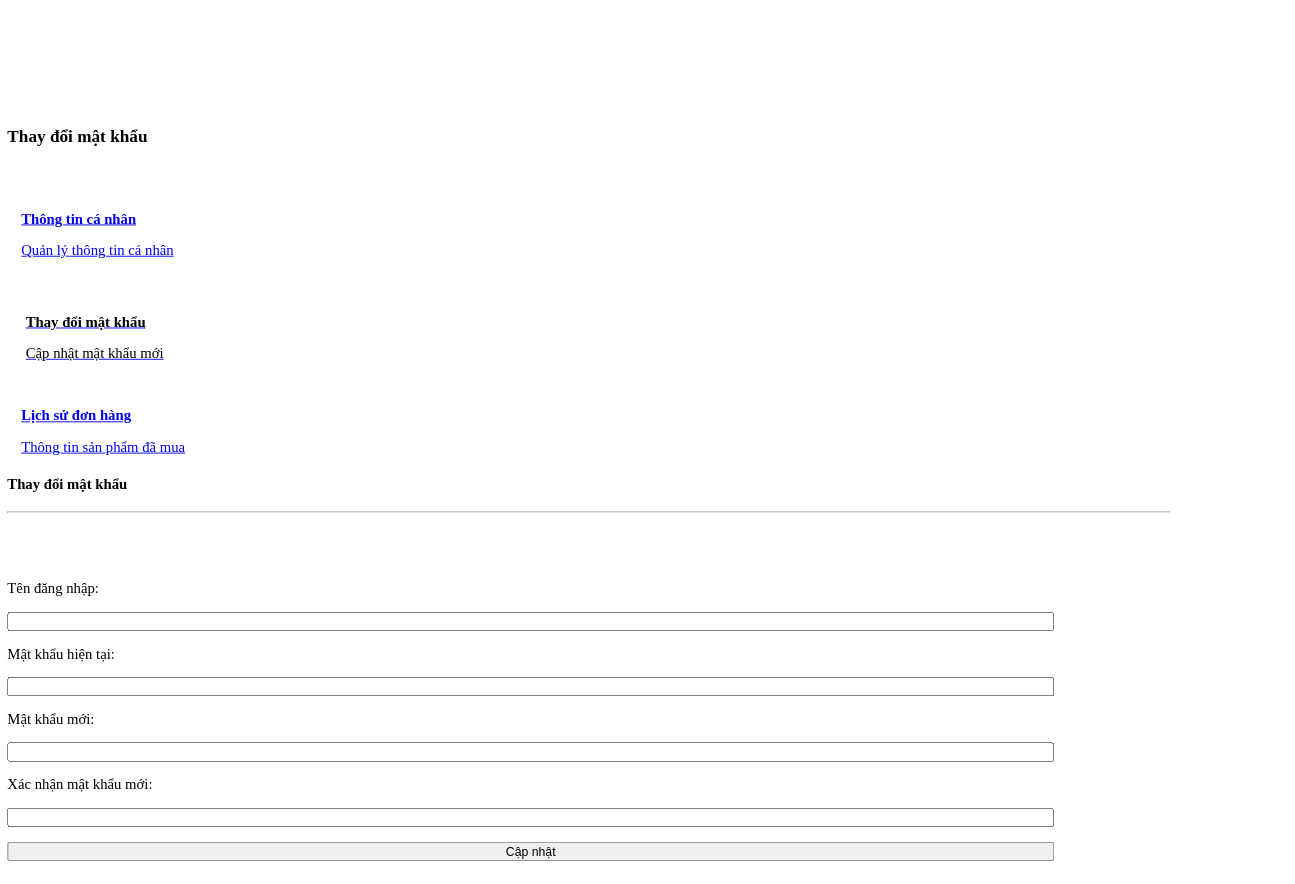
Repository: nguyengiabao245/NHOM3_C2
Page: http://localhost/DoAnJava/WEB-INF/views/account/change.jsp
These files come from the project's save history. The page is drawn as it stood at one moment and after the next save; the edit follows.
The browser window is 1280 px wide. The page is 1408 px wide, so the pictures cover 1408 px, including what lies to the right of the window. The pictures show the whole page, at 92% of full size.
The page is served by Tomcat 9. Nobody is signed in. Other server files are loaded and not shown. The template is opened directly, without the code that normally fills it, so the values that code supplies are empty.

Above is the page before, as saved 2022-05-16 06:05:26.

### DoAnJava/src/main/webapp/WEB-INF/views/account/change.jsp
<%@ page pageEncoding="utf-8"%>
<%@ taglib uri="http://www.springframework.org/tags/form" prefix="form"%>
<%@ taglib uri="http://www.springframework.org/tags" prefix="s"%>


<div class="container" style="margin-bottom: 25px;margin-top: 100px">
	<br>


	<h3 class="title" style="font-weight: 700">Thay đổi mật khẩu</h3>
	<br>


	<div class="row">
		<div class="col-sm-4">

			<li class="nav-item2 " style="list-style-type: none;">
				<a class="nav-link collapsed" href="/account/edit" data-toggle="collapse" id="i">
					<div class="row">
						<div class="col-sm-2">
							<i class="fas fa-info-circle" style="font-size: 30px; padding: 12px 5px; color: black;"></i>
						</div>
						<div class="col-sm-10" style="padding: 0px 15px;">
							<span>
								<b>Thông tin cá nhân</b>
								<p>Quản lý thông tin cá nhân</p>
							</span>
						</div>
					</div>
				</a>
			</li>
			<div class="quan-li-thong-tin">
				<li class="nav-item2 active" style="list-style-type: none;">
					<a class="nav-link collapsed" href="/account/change" data-toggle="collapse" data-target="#collapseNews" aria-expanded="true" aria-controls="collapseNews">
						<div class="row">
							<div class="col-sm-2">
								<i class="fas fa-key" style="font-size: 30px; padding: 12px 5px; color: rgb(255, 208, 0);"></i>
							</div>
							<div class="col-sm-10" style="padding: 0px 15px;">
								<span>
								<b>Thay đổi mật khẩu</b>
									<p>Cập nhật mật khẩu mới</p>
								</span>
							</div>
						</div>
					</a>
				</li>
			</div>
			<li class="nav-item2" style="list-style-type: none;">
				<a class="nav-link collapsed" href="/order/list" data-target="#collapseTwo" aria-expanded="true" aria-controls="collapseTwo">
					<div class="row">
						<div class="col-sm-2">
							<i class="fas fa-shopping-cart" style="font-size: 30px; padding: 12px 5px; color: brown;"></i>
						</div>
						<div class="col-sm-10" style="padding: 0px 15px;">
							<span>
							<b>Lịch sử đơn hàng</b>
								<p>Thông tin sản phẩm đã mua</p>
							</span>
						</div>
					</div>
			</a></li>

		</div>

		<div class="col-sm-8">
			<div class="ct1">
				<div>
					<h4 style="font-weight: 600">Thay đổi mật khẩu</h4>
					<hr>
					<h4 class="label label-success">${message}</h4>
					<form:form action="/account/change" method="post" modelAttribute="form" enctype="multipart/form-data">
						<br>
						<br/>
						<div class="row">
							<div class="col-sm-4">
								<p>Tên đăng nhập:</p>
							</div>
							<div class="col-sm-8">
								<p>
									<form:input style="width: 90%;" path="id" class="form-control" readonly="true" />
								</p>
							</div>
						</div>
						<div class="row">
							<div class="col-sm-4">
								<p>Mật khẩu hiện tại:</p>
							</div>
							<div class="col-sm-8">
								<p>
									<input name="pw" type="password" class="form-control" style="width: 90%;" required="required" pattern=".{6,}" title="Mật khẩu phải từ 6 ký tự trở lên"/>
								</p>
							</div>
						</div>
						<div class="row">
							<div class="col-sm-4">
								<p>Mật khẩu mới:</p>
							</div>
							<div class="col-sm-8">
								<p>
									<input name="pw1" type="password" class="form-control" style="width: 90%;" required="required" pattern=".{6,}" title="Mật khâu phải từ 6 ký tự trở lên"/>
								</p>
							</div>
						</div>
						<div class="row">
							<div class="col-sm-4">
								<p>Xác nhận mật khẩu mới:</p>
							</div>
							<div class="col-sm-8">
								<p>
									<input name="pw2" type="password" class="form-control" style="width: 90%;" required="required" pattern=".{6,}" title="Mật khẩu phải từ 6 ký tự trở lên"/>
								</p>
							</div>
						</div>
						<div class="row">
							<div class="col-sm-4"></div>
							<div class="col-sm-8">
								<button class="btn btn-success" style="width: 90%;">Cập nhật</button>
							</div>
						</div>
					</form:form>
				</div>
			</div>
		</div>
	</div>
</div>
<style>
.dang-nhap {
	background-color: white;
	padding: 30px 120px;
	margin: 0 auto;
	width: 60%;
}

.quan-li-thong-tin .active {
	background-color: white;
	width: 110%;
	padding: 10px 5px 0px;
	border-radius: 5px;
}

.gach {
	background-color: blue;
	width: 100px;
}

.quan-li-thong-tin .active span {
	color: black;
}
</style>

After the next save:
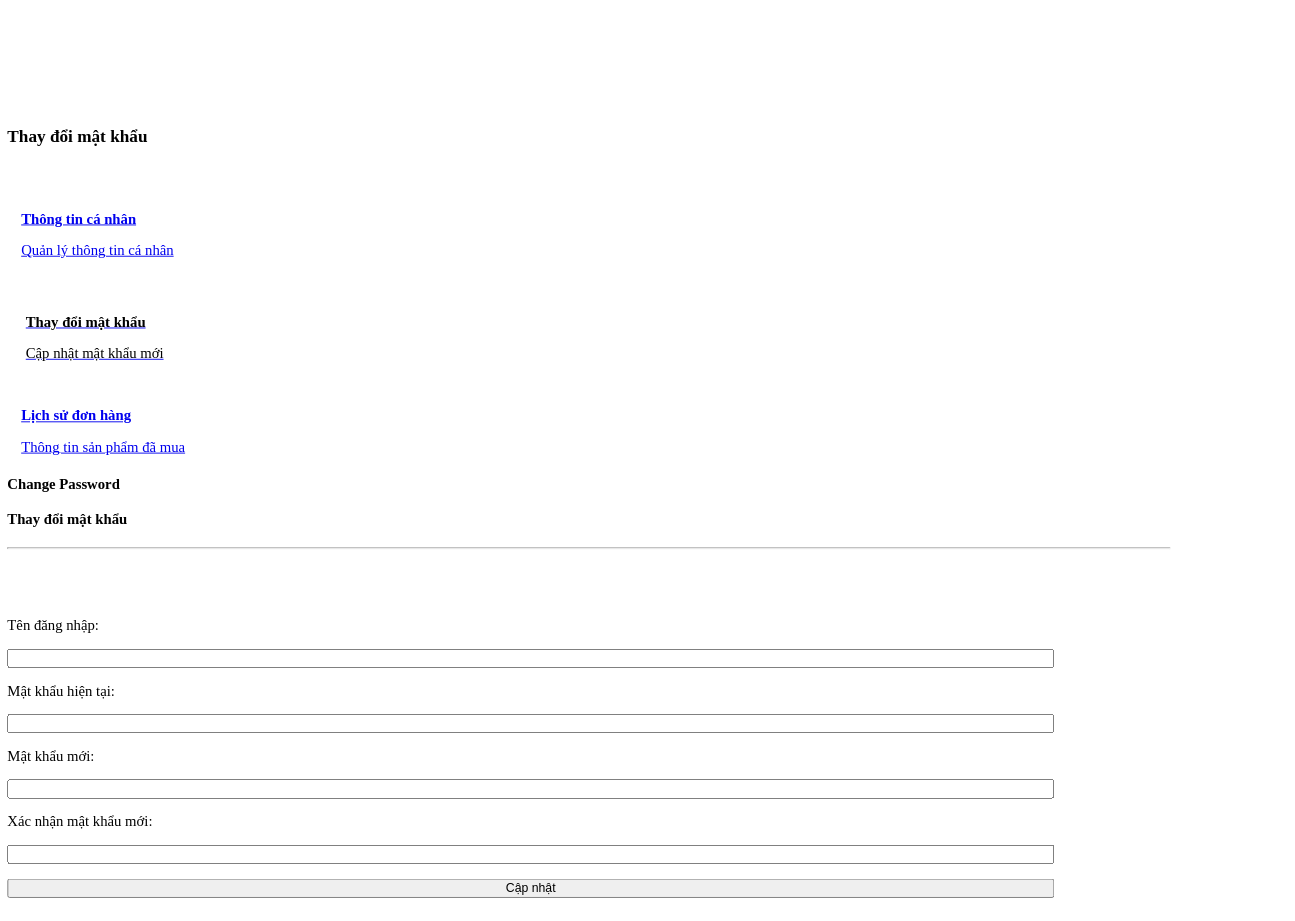
Saved 8 min 40 s later.
--- a/DoAnJava/src/main/webapp/WEB-INF/views/account/change.jsp
+++ b/DoAnJava/src/main/webapp/WEB-INF/views/account/change.jsp
@@ -66,6 +66,10 @@
 		<div class="col-sm-8">
 			<div class="ct1">
 				<div>
+				<div class="panel panel-default">
+						<div class="panel-heading">
+							<h4 class="panel-title">Change Password</h4>
+						</div>
 					<h4 style="font-weight: 600">Thay đổi mật khẩu</h4>
 					<hr>
 					<h4 class="label label-success">${message}</h4>
